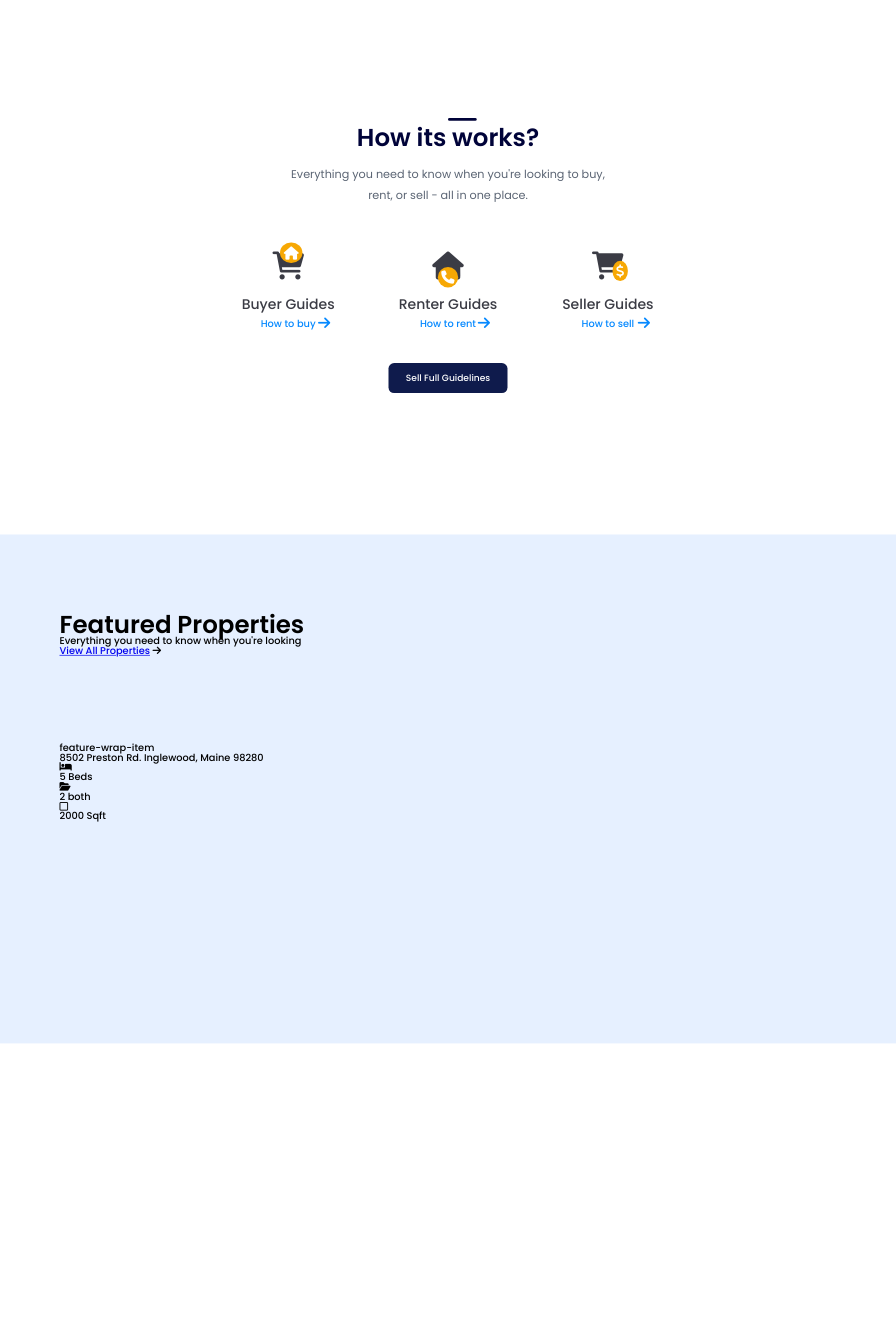
Repository: kauittt/f8-htmlcss-01
Page: index.html
The author's editor kept a copy of each file at every save. The page is drawn from the files as they stood at one save, then again after the next save.
The browser window is 1280 px wide. The pictures show the part of the page from y = 991 to 2911 px (the page is 2911 px tall), at 70% of full size.

Above is the page before, as saved 2023-01-01 10:32:25.

After the next save:
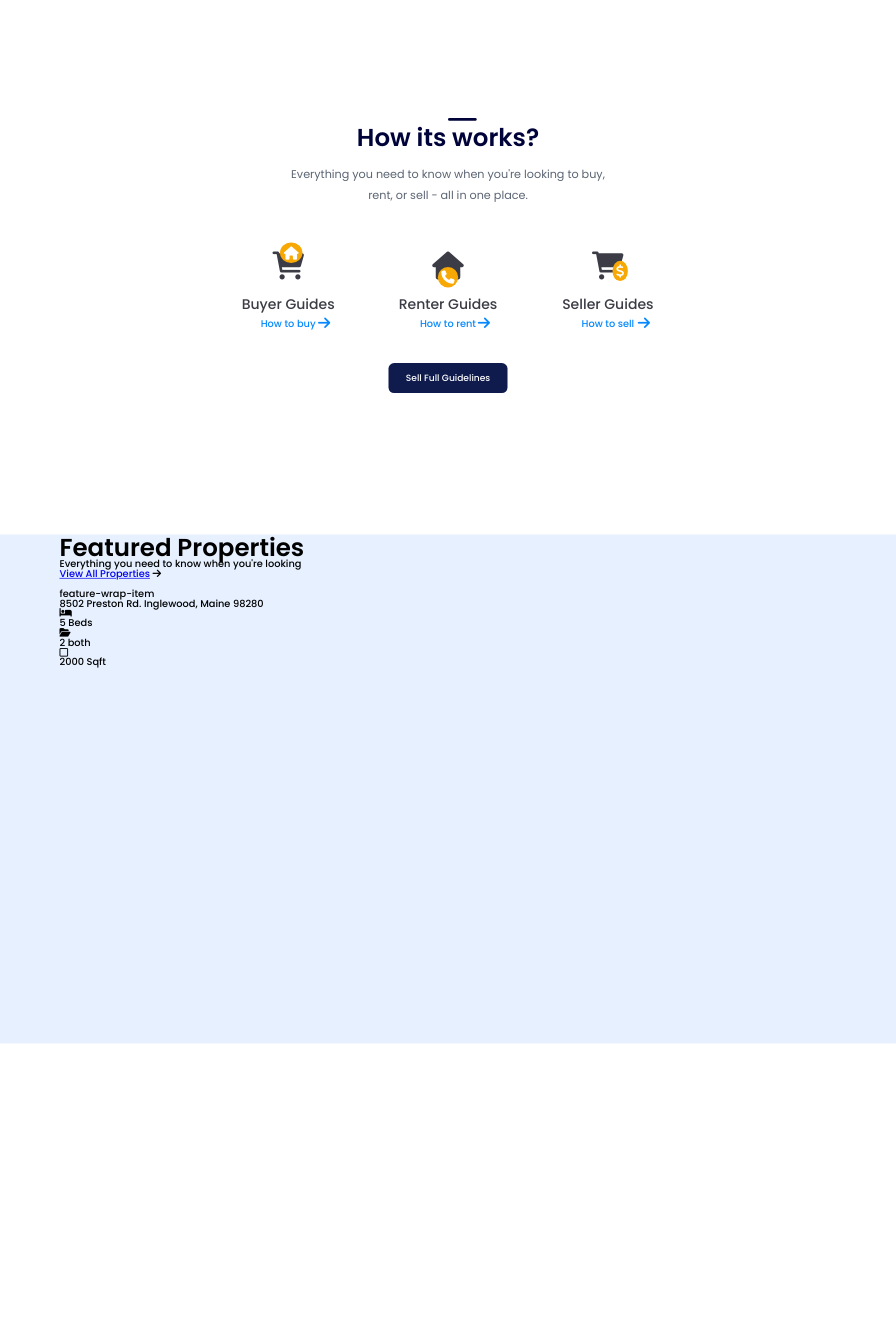
Saved 57 s later.
--- a/assets/css/styles.css
+++ b/assets/css/styles.css
@@ -271,7 +271,7 @@ body {
     height: 72.7rem;
 }
 
-.feature-wrap {
+.feature-content {
     margin-top: 110px;
 }
 
